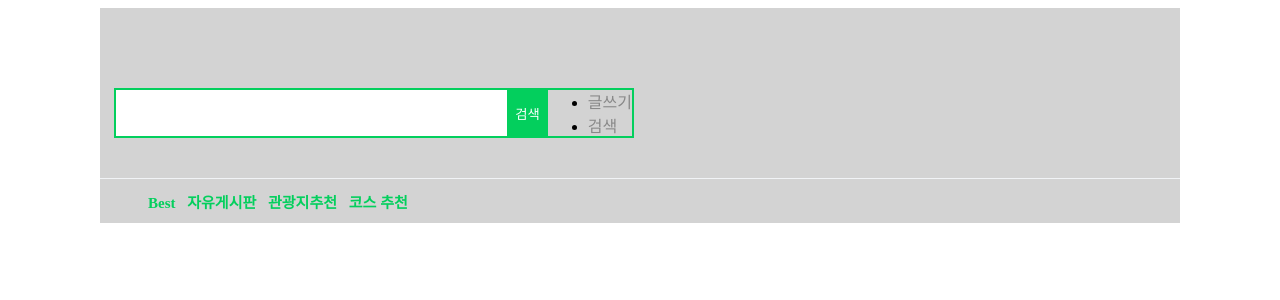
Repository: HJCroCat/project4
Page: http://localhost/koravle/boardMain.jsp
These files come from the project's save history. The page is drawn as it stood at one moment and after the next save; the edit follows.
The browser window is 1280 px wide. The pictures show the whole page.
The page is served by Tomcat 9. Nobody is signed in. The application's start-up code is not run. Other server files are loaded and not shown.

Above is the page before, as saved 2021-12-10 10:18:38.

### koravle/koravle/src/main/webapp/boardMain.jsp
<%@ page language="java" contentType="text/html; charset=UTF-8"
    pageEncoding="UTF-8"%>
<!DOCTYPE html>
<html>
<head>
<meta charset="UTF-8">
<title>Insert title here</title>

<link href="resources/style/stylecss.css" rel="stylesheet">
<script type="text/javascript" src="resources/js/jquery-1.7.1.js"></script>

</head>
<body>
	<header>
		<form>
	      <fieldset>
	        <legend class="visually-hidden">검색</legend>
	        <div class="search_box">
	          <input type="text" maxlength="225" tabindex="1" />
	          <button type="submit" tabindex="2">
	            	검색
	          </button>
	          <ul>
		          <li><a href="/">글쓰기</a></li>
		          <li><a href="/">검색</a></li>
	          </ul>
	        </div>
	      </fieldset>
	    </form>
		<nav>
	      <div class="nav_items">
	        <ul>
	      	  <li><a href="/">Best</a></li>
	          <li><a href="/">자유게시판</a></li>
	          <li><a href="/">관광지추천</a></li>
	          <li><a href="/">코스 추천</a></li>

	        </ul>
	      </div>
	    </nav>
	</header>


	<main>

	<!--
		<div>
			<input type="text" name="searchWord" id="searchWord">
			<select name="selectSearch" id="selectSearch">
				<option value="1" selected>전체</option>
				<option value="boardName">글제목</option>
				<option value="regionName">관광지</option>
				<option value="boardWriter">작성자</option>
			</select>
			<button href="boardWrite.do" class="btn" >글쓰기</button>
			<button href="boardList.do" class="btn" >검색</button>
		</div>
		<div>
			<br/>
			<br/>

			<button class="btn" href="boardList.do" name="boardBest">Best</button>
			<button class="btn" href="boardList.do" name="boardFree">자유게시판</button>
			<button class="btn" href="boardList.do" name="boardRegion">관광지 추천</button>
			<button class="btn" href="boardList.do" name="boardCourse">코스 추천</button>

		</div>
	-->

	</main>

	<footer>

	</footer>
<script src="resources//js/jquery.min.js"></script>
<script src="resources/js/scripts.js"></script>

</body>
</html>

### koravle/koravle/src/main/webapp/resources/style/stylecss.css
* {
    box-sizing: border-box;
}

a {
    text-decoration: none; /* 기본 밑줄을 제거합니다 */
    color: #888;
}

a:hover {
  text-decoration: underline; /* 마우스 커서가 올라갔을 때 밑줄을 생성합니다*/
}

header {
    margin: auto; /* header의 양쪽 여백(margin)을 동등하게 맞춤 -> 수평가운데정렬 */
    width: 1080px;
    background: lightgray;
	height: 215px;
    display: flex;
    align-items: center; /* 하위 요소들 수직 가운데정렬 */
    position: relative;
}

fieldset {
    border: none; /* 기본 border 없애기(이 코드를 지우고 기본 border를 확인해보세요) */
}

.visually-hidden { /* legend 안보이게 설정. 이렇게하면 접근성을 준수하면서 디자인을 해치지 않습니다. */
    position: absolute !important;
    height: 1px;
    width: 1px;
    overflow: hidden;
    clip: rect(1px 1px 1px 1px);
    clip: rect(1px, 1px, 1px, 1px);
    white-space: nowrap;
}

.links { /* 링크들을 상단 우측에 위치시킵니다. */
    position: absolute;
    top: 0;
    right: 0;
}
  .link_text {
    font-size: 10px;
    margin-left: 5px;
  }
  .img_logo {
    margin-bottom: 12px;
    width: 220px;
    height: 65px;
  }
  .search_box {
    width: 520px;
    height: 50px;
    border: 2px solid #03cf5d;
    display: flex;
    align-items: center;
  }
  .search_box input {
    flex: 9; /* search-box내부에서 9만큼의 크기를 차지(비율) */
    height: 46px;
    padding-left: 12px;
    padding-right: 12px;
    border: none;
    outline: none;
    font-size: 18px;
  }
  .search_box button {
    flex: 1; /* search-box내부에서 1만큼의 크기를 차지(비율) */
    height: 46px;
    margin: 0;
    padding: 0;
    border: none;
    outline: none;
    background: #03cf5d;
    color: #ffffff;
  }
  /* nav */
  header > nav {
    width: 100%;
    height: 45px;
    position: absolute;
    bottom: 0;
  }
  .nav_items {
    width: 100%;
    height: 100%;
    display: flex;
    justify-content: space-between;
    align-items: center;
    font-size: 15px;
    font-weight: bold;
    border-top: 1px solid #f1f3f6;
  }
  .nav_items ul > li {
    display: inline-block;
    margin-left: 8px;
  }
  .nav_items ul > li:nth-child(-n + 7) > a { /* <ul>하위 7번째 <li>까지 각각 내부의 <a> 태그 접근 */
    color: #03cf5d;
  }
  .nav_items ul > li > a {
    text-decoration: none;
    cursor: pointer;
  }

  /* 재사용 클래스 */
  .color_naver {
    color: #03cf5d;
  }

Loaded but not shown: koravle/koravle/src/main/webapp/resources/js/jquery-1.7.1.js (library); koravle/koravle/src/main/webapp/resources/js/jquery.min.js (library)

After the next save:
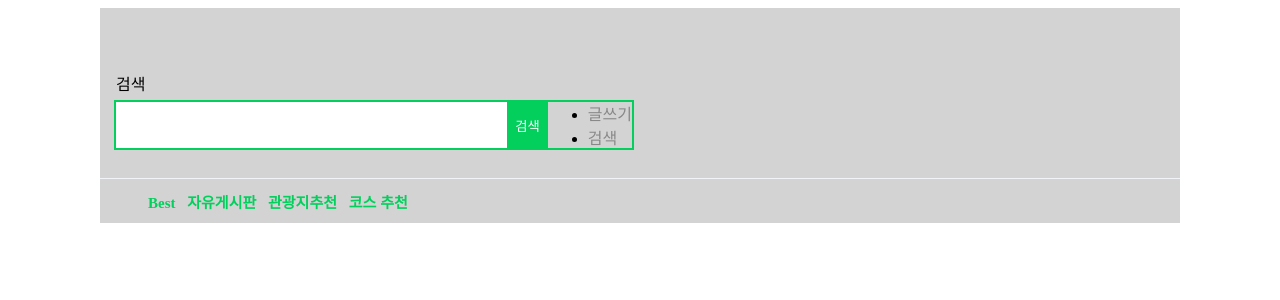
Saved 15 s later.
--- a/koravle/koravle/src/main/webapp/resources/style/stylecss.css
+++ b/koravle/koravle/src/main/webapp/resources/style/stylecss.css
@@ -25,15 +25,7 @@
     border: none; /* 기본 border 없애기(이 코드를 지우고 기본 border를 확인해보세요) */
 }
 
-.visually-hidden { /* legend 안보이게 설정. 이렇게하면 접근성을 준수하면서 디자인을 해치지 않습니다. */
-    position: absolute !important;
-    height: 1px;
-    width: 1px;
-    overflow: hidden;
-    clip: rect(1px 1px 1px 1px);
-    clip: rect(1px, 1px, 1px, 1px);
-    white-space: nowrap;
-}
+
 
 .links { /* 링크들을 상단 우측에 위치시킵니다. */
     position: absolute;

After the save that followed:
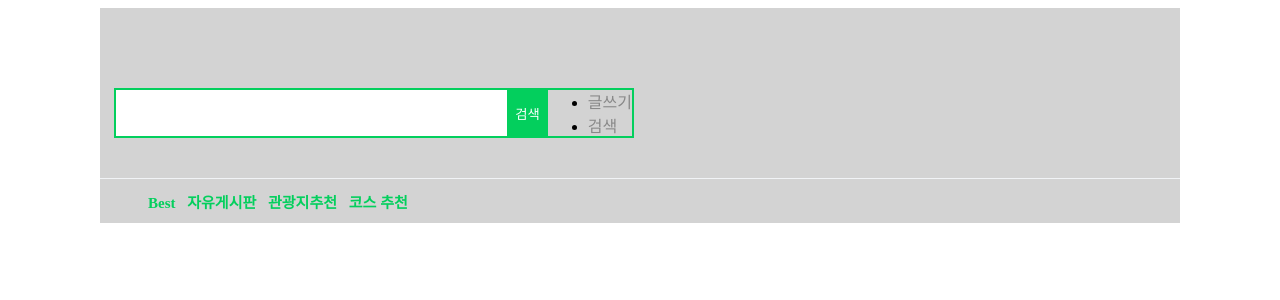
Saved 5 s later.
--- a/koravle/koravle/src/main/webapp/resources/style/stylecss.css
+++ b/koravle/koravle/src/main/webapp/resources/style/stylecss.css
@@ -25,7 +25,15 @@
     border: none; /* 기본 border 없애기(이 코드를 지우고 기본 border를 확인해보세요) */
 }
 
-
+.visually-hidden { /* legend 안보이게 설정. 이렇게하면 접근성을 준수하면서 디자인을 해치지 않습니다. */
+    position: absolute !important;
+    height: 1px;
+    width: 1px;
+    overflow: hidden;
+    clip: rect(1px 1px 1px 1px);
+    clip: rect(1px, 1px, 1px, 1px);
+    white-space: nowrap;
+}
 
 .links { /* 링크들을 상단 우측에 위치시킵니다. */
     position: absolute;
